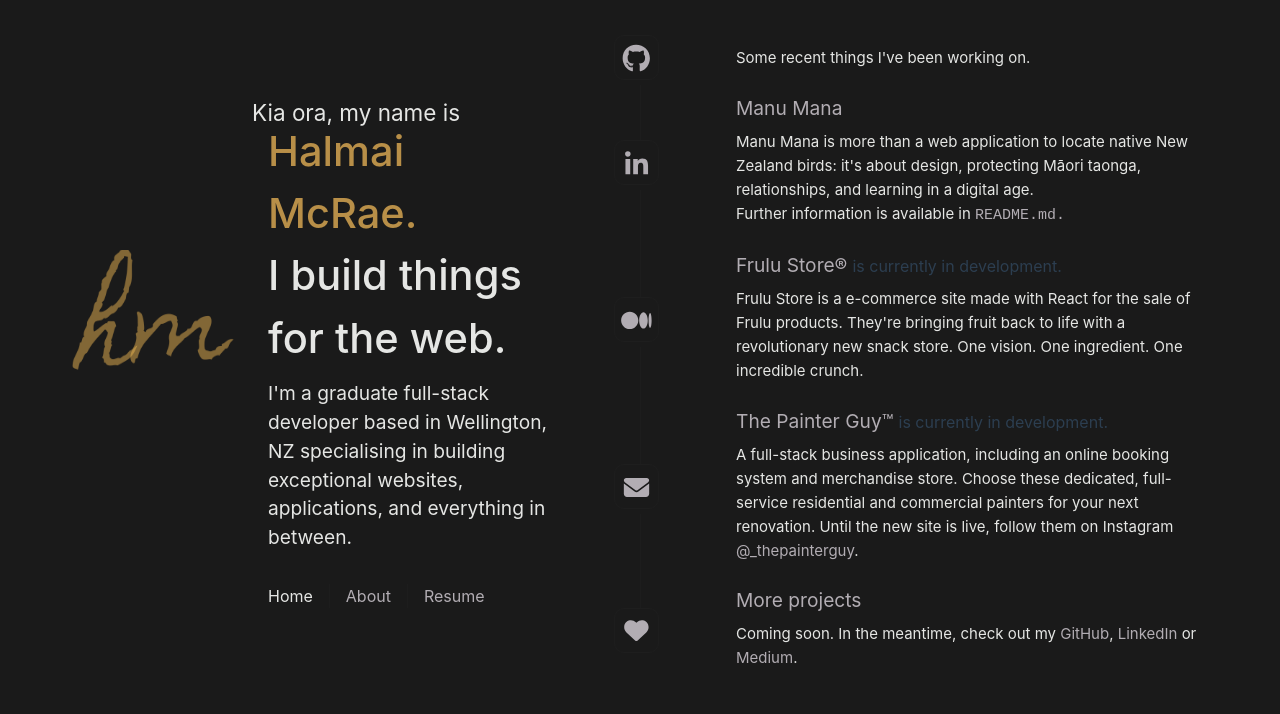
Repository: halmai-mcrae/halmai-vue-portfolio
Page: /
These files come from the project's save history. The page is drawn as it stood at one moment and after the next save; the edit follows.
The browser window is 1280 px wide. The pictures show the whole page.
The project was rebuilt for these pictures with package versions that can differ from the ones it lists, and the page was loaded fresh each time. Also part of the build but not shown: vite.config.ts.

Above is the page before, as saved 2022-09-07 20:56:34.

After the next save:
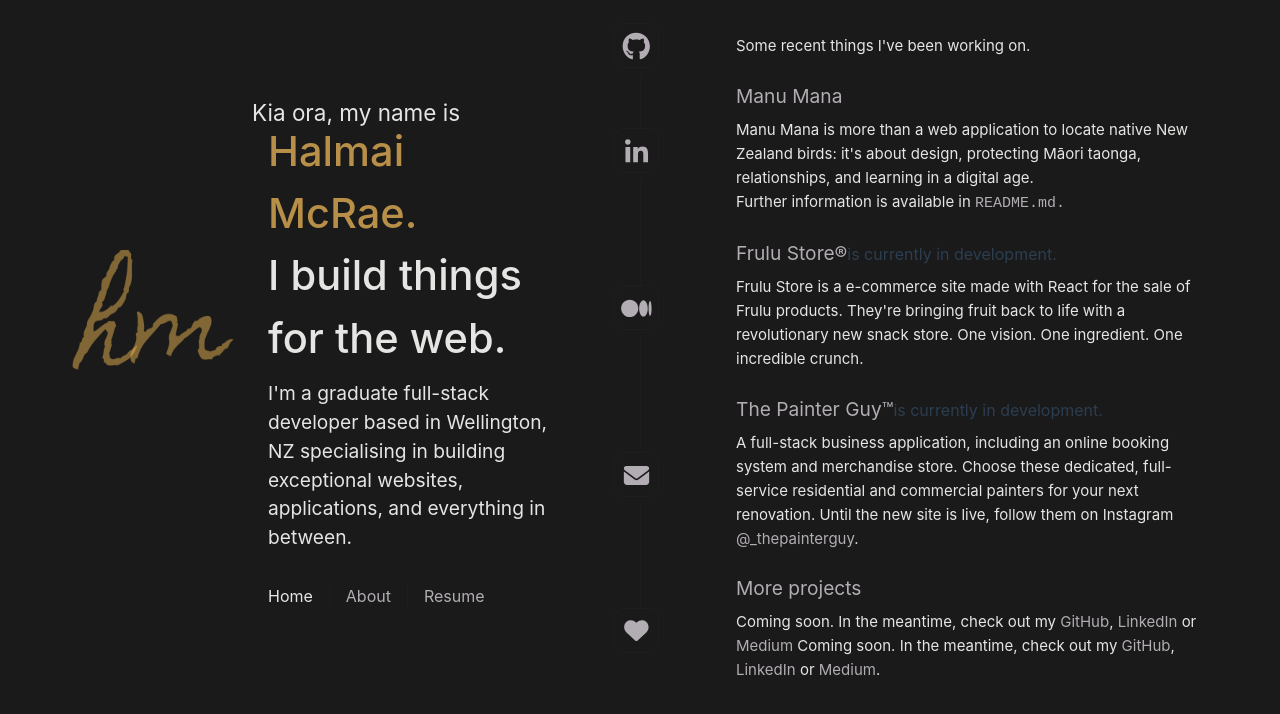
Saved 6 min 0 s later.
--- a/src/components/TheWelcome.vue
+++ b/src/components/TheWelcome.vue
@@ -1,63 +1,138 @@
 <script setup lang="ts">
-import WelcomeItem from "./WelcomeItem.vue";
-import { RouterLink, RouterView }from "vue-router";
+import WelcomeItem from './WelcomeItem.vue'
+import {
+  RouterLink,
+  RouterView,
+} from 'vue-router'
 </script>
 
 <template>
   <WelcomeItem>
     <template #icon>
       <a href="https://github.com/halmai-mcrae">
-        <font-awesome-icon icon="fa-brands fa-github" transform="grow-14 down-2"/>
+        <font-awesome-icon
+          icon="fa-brands fa-github"
+          transform="grow-14 down-2"
+        />
       </a>
     </template>
-      Some recent things I've been working on.
+    Some recent things I've been working on.
   </WelcomeItem>
 
   <WelcomeItem>
     <template #icon>
-    <a  href="https://www.linkedin.com/in/halmai-mcrae/" ><font-awesome-icon icon="fa-brands fa-linkedin-in" transform="grow-12 down-2" /></a>
+      <a
+        href="https://www.linkedin.com/in/halmai-mcrae/"
+        ><font-awesome-icon
+          icon="fa-brands fa-linkedin-in"
+          transform="grow-12 down-2"
+      /></a>
     </template>
-    <template #heading><a href="https://manu-mana.herokuapp.com/">Manu Mana</a>
+    <template #heading
+      ><a href="https://manu-mana.herokuapp.com/"
+        >Manu Mana</a
+      >
     </template>
-      Manu Mana is more than a web application to locate native New Zealand birds: it's about design, protecting Māori taonga, relationships, and learning in a digital age.
+    Manu Mana is more than a web application to
+    locate native New Zealand birds: it's about
+    design, protecting Māori taonga,
+    relationships, and learning in a digital age.
     <br />
-      Further information is available in <a href="https://github.com/halmai-mcrae/Manu-Mana#readme"><code>README.md.</code></a>
+    Further information is available in
+    <a
+      href="https://github.com/halmai-mcrae/Manu-Mana#readme"
+      ><code>README.md.</code></a
+    >
   </WelcomeItem>
 
   <WelcomeItem>
     <template #icon>
       <a href="https://medium.com/@halmaimcrae">
-        <font-awesome-icon icon="fa-brands fa-medium" transform="grow-10 down-2"/>
+        <font-awesome-icon
+          icon="fa-brands fa-medium"
+          transform="grow-10 down-2"
+        />
       </a>
     </template>
 
-    <template #heading><a href="/">Frulu Store®</a> <small>is currently in development.</small>
+    <template #heading
+      ><a href="/">Frulu Store®</a>
+      <small>is currently in development.</small>
     </template>
-    Frulu Store is a e-commerce site made with React for the sale of Frulu products.
-    They're bringing fruit back to life with a revolutionary new snack store.
-    One vision. One ingredient. One incredible crunch.
+    Frulu Store is a e-commerce site made with
+    React for the sale of Frulu products. They're
+    bringing fruit back to life with a
+    revolutionary new snack store. One vision. One
+    ingredient. One incredible crunch.
   </WelcomeItem>
 
   <WelcomeItem>
     <template #icon>
-    <a href="mailto: hello@halmaimcrae.co.nz">
-      <font-awesome-icon icon="fa-solid fa-envelope" transform="grow-11 down-1"/>
-    </a>
+      <a href="mailto: hello@halmaimcrae.co.nz">
+        <font-awesome-icon
+          icon="fa-solid fa-envelope"
+          transform="grow-11 down-1"
+        />
+      </a>
     </template>
-    <template #heading><a href="/">The Painter Guy™</a> <small>is currently in development.</small>
+    <template #heading
+      ><a href="/">The Painter Guy™</a>
+      <small>is currently in development.</small>
     </template>
-    A full-stack business application, including an online booking system and merchandise store.
-    Choose these dedicated, full-service residential and commercial painters for your next renovation.
-    Until the new site is live, follow them on Instagram <a href="https://www.instagram.com/_thepainterguy/">@_thepainterguy</a>.
-    </WelcomeItem>
+    A full-stack business application, including
+    an online booking system and merchandise
+    store. Choose these dedicated, full-service
+    residential and commercial painters for your
+    next renovation. Until the new site is live,
+    follow them on Instagram
+    <a
+      href="https://www.instagram.com/_thepainterguy/"
+      >@_thepainterguy</a
+    >.
+  </WelcomeItem>
 
-    <WelcomeItem>
-      <template #icon>
-        <RouterLink to="/interests"><font-awesome-icon icon="fa-solid fa-heart" fixed-width transform="grow-10 down-1"/>
-        </RouterLink>
+  <WelcomeItem>
+    <template #icon>
+      <RouterLink to="/interests"
+        ><font-awesome-icon
+          icon="fa-solid fa-heart"
+          fixed-width
+          transform="grow-10 down-1"
+        />
+      </RouterLink>
       <RouterView />
-      </template>
-      <template #heading><a href="/">More projects</a></template>
-        Coming soon. In the meantime, check out my <a href="https://github.com/halmai-mcrae">GitHub</a>, <a href="https://www.linkedin.com/in/halmai-mcrae/">LinkedIn</a> or <a href="https://medium.com/@halmaimcrae">Medium</a>.
-    </WelcomeItem>
+    </template>
+    <template #heading
+      ><a href="/">More projects</a></template
+    >
+    Coming soon. In the meantime, check out my
+    <a href="https://github.com/halmai-mcrae"
+      >GitHub</a
+    >,
+    <a
+      href="https://www.linkedin.com/in/halmai-mcrae/"
+      >LinkedIn</a
+    >
+    or
+    <a href="https://medium.com/@halmaimcrae"
+      >Medium</a
+    >
+    <template
+      ><a href="/">More projects</a></template
+    >
+    Coming soon. In the meantime, check out my
+    <a href="https://github.com/halmai-mcrae"
+      >GitHub</a
+    >,
+    <a
+      href="https://www.linkedin.com/in/halmai-mcrae/"
+      >LinkedIn</a
+    >
+    or
+    <a href="https://medium.com/@halmaimcrae"
+      >Medium</a
+    >.
+
+
+  </WelcomeItem>
 </template>

After the save that followed:
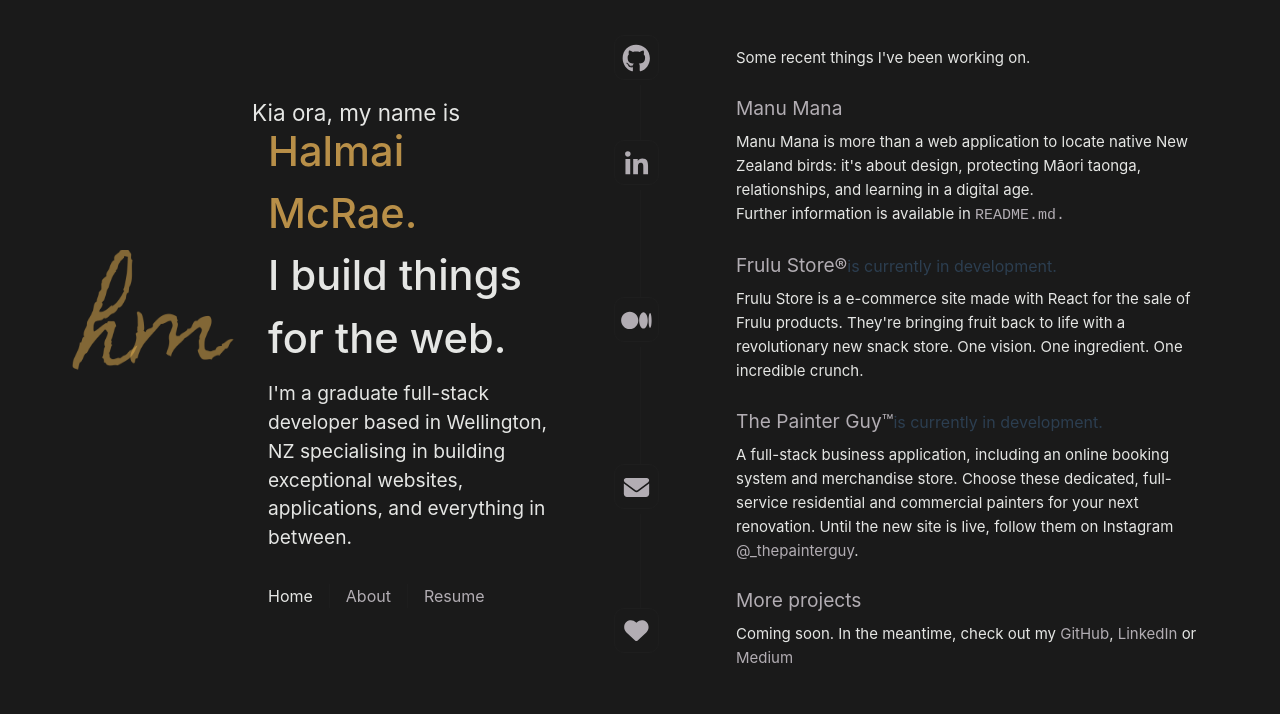
Saved 2 min 23 s later.
--- a/src/components/TheWelcome.vue
+++ b/src/components/TheWelcome.vue
@@ -117,22 +117,6 @@
     <a href="https://medium.com/@halmaimcrae"
       >Medium</a
     >
-    <template
-      ><a href="/">More projects</a></template
-    >
-    Coming soon. In the meantime, check out my
-    <a href="https://github.com/halmai-mcrae"
-      >GitHub</a
-    >,
-    <a
-      href="https://www.linkedin.com/in/halmai-mcrae/"
-      >LinkedIn</a
-    >
-    or
-    <a href="https://medium.com/@halmaimcrae"
-      >Medium</a
-    >.
-
 
   </WelcomeItem>
 </template>
